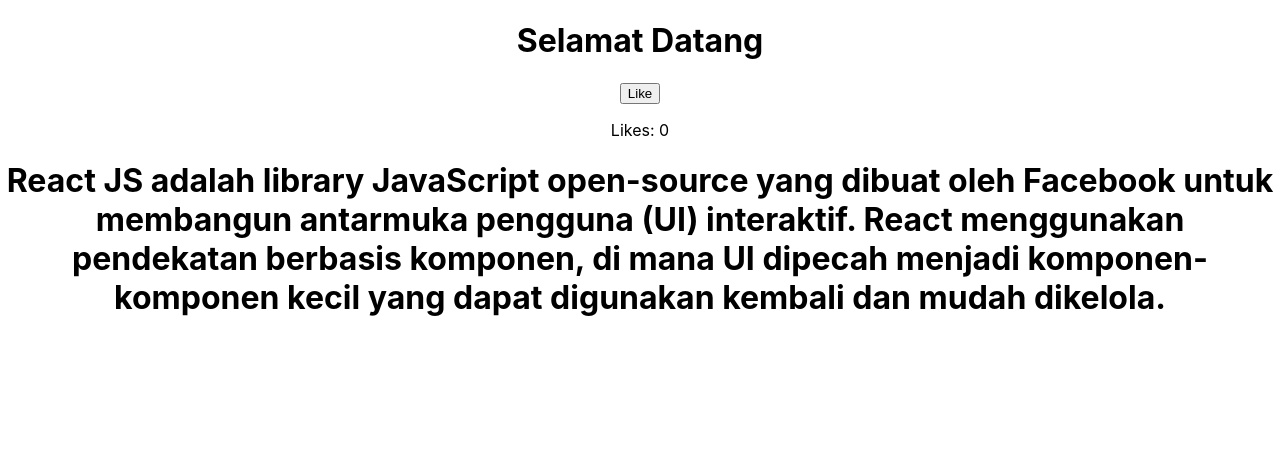
Repository: mfarhannr/Farhan_Quiz_ReactJS
Page: /
These files come from the project's save history. The page is drawn as it stood at one moment and after a run of saves; the edit follows.
The browser window is 1280 px wide. The pictures show the whole page.
The project was rebuilt for these pictures with package versions that can differ from the ones it lists, and the page was loaded fresh each time.

Above is the page before, as saved 2024-05-17 14:33:02.

After the next 2 saves:
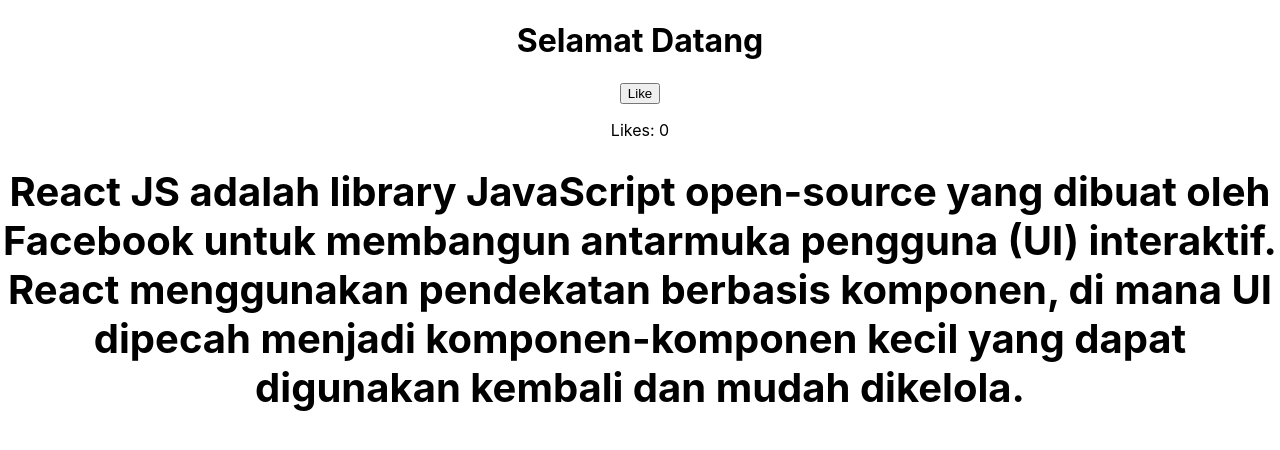
The 2 saves are shown as one change because they came seconds apart.
The last was saved 18 s later.
--- a/src/App.css
+++ b/src/App.css
@@ -3,7 +3,7 @@
 }
 
 .desc {
-  font-size: 1rem;
+  font-size: 20px;
 }
 .App-logo {
   height: 40vmin;
